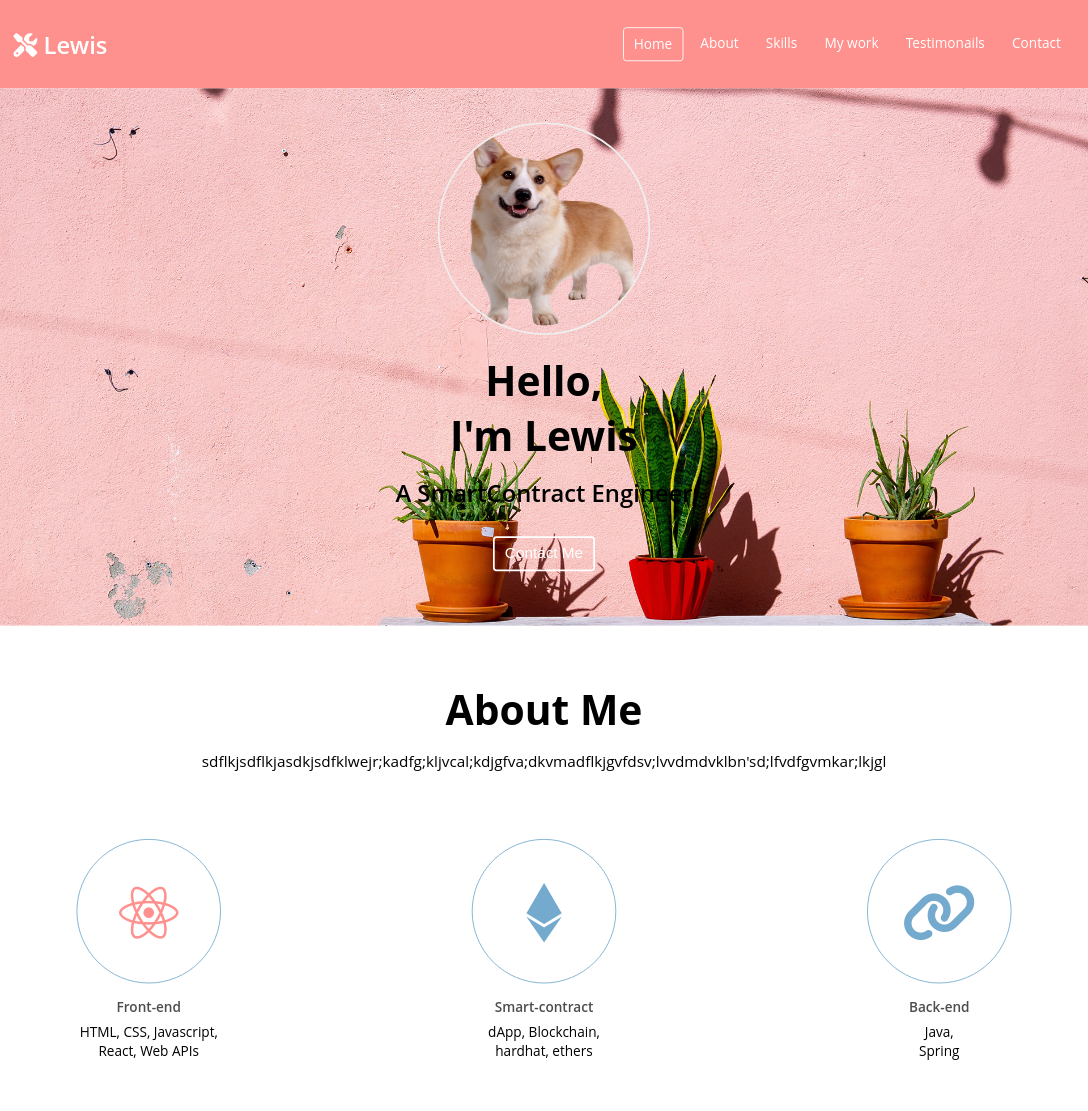
Repository: woojinShim/woojinShim.github.io
Page: index.html
An editor plug-in stored every save of this project. The page is shown before and after the next save, followed by the edit.
The browser window is 1280 px wide. The pictures show the part of the page from y = 0 to 1307 px (the page is 7302 px tall), at 85% of full size.
The pointer rests on the first visible `.major__icon`.
A picture or video elsewhere on the page could not be fetched, so the positions and the page height are approximate. Some web libraries are served in a nearby version.

Above is the page before, as saved 2022-03-08 19:14:03.

### index.html
<!DOCTYPE html>
<html lang="en">
<head>
    <meta charset="UTF-8">
    <meta http-equiv="X-UA-Compatible" content="IE=edge">
    <meta name="viewport" content="width=device-width, initial-scale=1.0">
    <title>Document</title>
    <script
      src="https://kit.fontawesome.com/9eb162ac0d.js"
      crossorigin="anonymous"
    ></script>
    <style>
        @import url('https://fonts.googleapis.com/css2?family=Noto+Sans+KR:wght@100;400;700&display=swap');
        </style>
    <link rel="icon" type="image/png" href="img/favicon.png" />
    <link rel="stylesheet" href="style.css">
    <script scr="main.js"></script>
</head>
<body>
    <!-- Navbar -->
    <nav id="navbar">
        <div class="navbar__logo">
            <i class="fas fa-tools"></i>
            <a href="#">Lewis</a>
        </div>
        <ul class="navbar__menu">
            <li class="navbar__menu__item active">Home</li>
            <li class="navbar__menu__item">About</li>
            <li class="navbar__menu__item">Skills</li>
            <li class="navbar__menu__item">My work</li>
            <li class="navbar__menu__item">Testimonails</li>
            <li class="navbar__menu__item">Contact</li>
        </ul>
    </nav>
    <!-- Home -->
    <section id="home">
        <img src="img/puppy.png" alt="Lewis's photo" class="home__avator">
        <h1 class="home__title">Hello, <br/>I'm Lewis</h1>
        <h2 class="home__descrition">A SmartContract Engineer</h2>
        <button class="home__contact">Contact Me</button>
    </section>
    <!-- About -->
    <section id="about" class="section">
        <h1>About Me</h1>
        <p>sdflkjsdflkjasdkjsdfklwejr;kadfg;kljvcal;kdjgfva;dkvmadflkjgvfdsv;lvvdmdvklbn'sd;lfvdfgvmkar;lkjgl</p>
        <div class="about__majors">
            <div class="major">
                <div class="major__icon"><i class="fab fa-react"></i></div>
                <h2 class="major__title">Front-end</h2>
                <div class="major__description">HTML, CSS, Javascript,
                    <br /> React, Web APIs
                </div>
            </div>
            <div class="major">
                <div class="major__icon"><i class="fab fa-ethereum"></i></div>
                <h2 class="major__title">Smart-contract</h2>
                <div class="major__description">dApp, Blockchain,
                    <br /> hardhat, ethers
                </div>
            </div>
            <div class="major">
                <div class="major__icon"><i class="fas fa-link"></i></i></div>
                <h2 class="major__title">Back-end</h2>
                <div class="major__description">Java,
                    <br /> Spring
                </div>
            </div>
        </div>





        <div class="about__jobs">
            <div class="job">
                <img src="img/puupy.png" alt="puupy">
            </div>
            <div class="job"></div>
        </div>
    </section>
    <!-- Skills -->
    <section id="skills" class="section">
        <h1>Skills</h1>
        <h2>skills $ Attribute</h2>
        <p>
            sdjsfdldsfjsdffvmslkjdfgksjdsdsdvkkfghalkvsdlaskkjrsdjlkdskflksjdlja
            sdfkdfvlskvglkkcjkdjckwebkosdkvlkwekelkfsdjlkldfkskdfg
            sdlkbdflnsldkfgkfsdfkdksvj
        </p>
        <div class="skillset">
            <div class="skillset__left">
                <h3 class="skillset__title">Skills</h3>
                <div class="skills">
                    <div class="skill_description">
                        <span>HTML</span>
                        <span>99%</span>
                    </div>
                    <div class="skill_description">
                        <span>CSS</span>
                        <span>90%</span>
                    </div>
                    <div class="skill_description">
                        <span>JavaScript</span>
                        <span>94%</span>
                    </div>
                    <div class="skill_description">
                        <span>Solidity</span>
                        <span>93%</span>
                    </div>
                    <div class="skill_description">
                        <span>Java</span>
                        <span>90%</span>
                    </div>

                </div>
            </div>
            <div class="skillset__right">
                <div class="tools">
                    <h3 class="skillset__title">Tools</h3>
                    <ul class="tools__list">
                        <li class="span">Visual Studio Code</li>
                        <li class="span">IntelliJ</li>
                        <li class="span">Slack</li>
                        <li class="span">Notion</li>
                        <li class="span">Photoshop</li>
                    </ul>
                </div>
                <div class="etc">
                    <h3 class="skillset__title">Etc</h3>
                    <ul class="etc__list">
                        <li><span>Git</span></li>
                        <li><span>Math</span></li>
                        <li><span>Design</span></li>
                    </ul>
                </div>
            </div>
        </div>
    </section>
    <!-- Work -->
    <section id="work" class="section">
        <h1>My Work</h1>
        <h3>Projects</h3>
        <div class="work__catagories">
            <button class="catagory__btn">All<span class="category__count">3</span></button>
            <button class="catagory__btn">Front-end<span class="category__count">6</span></button>
            <button class="catagory__btn">Back-end<span class="category__count">5</span></button>
            <button class="catagory__btn">Blockchain<span class="category__count">7</span></button>
        </div>

        <div class="work__projects">
            <a href="https://naver.com" class="project" target="blank">
                <img class="project__img" src="img/jin.png" alt="YouTube" />
                <div class="project__description">
                    <h3>Naver Site</h3>
                    <span>Clone Naver</span>
                </div>
            </a>
        </div>
        <div class="work__projects">
            <a href="https://naver.com" class="project" target="blank">
                <img class="project__img" src="img/jin.png" alt="YouTube" />
                <div class="project__description">
                    <h3>Naver Site</h3>
                    <span>Clone Naver</span>
                </div>
            </a>
        </div>
        <div class="work__projects">
            <a href="https://naver.com" class="project" target="blank">
                <img class="project__img" src="img/le.png" alt="YouTube" />
                <div class="project__description">
                    <h3>Naver Site</h3>
                    <span>Clone Naver</span>
                </div>
            </a>
        </div>
        <div class="work__projects">
            <a href="https://naver.com" class="project" target="blank">
                <img class="project__img" src="img/shim.png" alt="YouTube" />
                <div class="project__description">
                    <h3>Naver Site</h3>
                    <span>Clone Naver</span>
                </div>
            </a>
        </div>
        <div class="work__projects">
            <a href="https://naver.com" class="project" target="blank">
                <img class="project__img" src="img/yes.jfif" alt="YouTube" />
                <div class="project__description">
                    <h3>Naver Site</h3>
                    <span>Clone Naver</span>
                </div>
            </a>
        </div>
        <div class="work__projects">
            <a href="https://naver.com" class="project" target="blank">
                <img class="project__img" src="img/woo.png" alt="YouTube" />
                <div class="project__description">
                    <h3>Naver Site</h3>
                    <span>Clone Naver</span>
                </div>
            </a>
        </div>
    </section>
    <!-- testimonails -->
    <section id="testimonials" class="section">
        <h1>Testimonials</h1>
        <h3>See what they say about me</h3>
        <div class="testimonials">
            <div class="testimonial">
                <img src="img/man.jpg" alt="" class="testimonial__avator">
                <div class="testimonial__speech-bubble">
                    <p>
                        sdvkdfdfmvkdlkjtkfknsvkdnfgckvdkvkjvbdfgkkjsdkvjskjcvrngksdmcsdkck
                    </p>
                    <p class="name"><a href="">Lewis</a></p>
                </div>
            </div>
            <div class="testimonial">
                <img src="img/man.jpg" alt="" class="testimonial__avator">
                <div class="testimonial__speech-bubble">
                    <p>
                        sdvkdfdfmvkdlkjtkfknsvkdnfgckvdkvkjvbdfgkkjsdkvjskjcvrngksdmcsdkck
                    </p>
                    <p class="name"><a href="">Lewis</a></p>
                </div>
            </div>
        </div>
    </section>
    <!-- contact -->
    <section id="contact" class="section">
        <h1 class="contact__title">Let's talk</h1>
        <h2 class="contact__email">dream.coder@gmail.com</h2>
        <div class="contact__links">
            <a href="http://google.com" target="blank">
                <i class="fa-brands fa-github"></i>
            </a>
            <a href="http://google.com" target="blank">
                <i class="fa-brands fa-linkedin"></i>
            </a>
        </div>
        <p class="contact__rights">Dream coming - All Right Reserved.</p>
    </section>

</body>
</html>

### style.css
:root {
  /* Color */
  --color-white: #ffffff;
  --color-light-white: #eeeeee;
  --color-dark-white: #bdbdbd;
  --color-pink: #fe918d;
  --color-dark-pink: #ff6863;
  --color-black: #4d4d4d;
  --color-dark-grey: #4d4d4d;
  --color-grey: #616161;
  --color-light-grey: #7c7979;
  --color-blue: #73aace;
  --color-yellow: #fff7d1;
  --color-orange: #feb546;
  --color-black: #000000;

  /* Font size */
  --font-large: 48px;
  --font-medium: 28px;
  --font-regular: 18px;
  --font-small: 16px;
  --font-micro: 14px;

  /* Font weight */
  --weight-bold: 700;
  --weight-semi-bold: 600;
  --weight-regular: 400;

  /* Size */
  --size-border-radius: 4px;

  /* Annimation */
  --animation-duration: 300ms;
}

/* Universal tags */
* {
  box-sizing: border-box;
}

body {
  font-family: "Open Sans", sans-serif;
  margin: 0;
  cursor: default;
}

a {
  text-decoration: none;
  color: var(--color-white);
}

ul {
  list-style: none;
  padding-left: 0;
}

li {
  list-style: none;
}

button {
  background-color: transparent;
  cursor: pointer;
  border: none;
  outline: none;
}

/* Typography */
h1 {
  font-size: var(--font-large);
  font-weight: var(--weight-bold);
  color: var(--color-black);
  margin: 16px 0px;
}

h2 {
  font-size: var(--font-medium);
  font-weight: var(--weight-semi-bold);
  color: var(--color-black);
  margin: 8px 0;
}

h3 {
  font-size: var(--font-regular);
  font-weight: var(--font-regular);
  color: var(--color-black);
  margin: 8px 0;
}

p {
  font-size: var(--font-regular);
  font-weight: var(--font-regular);
  color: var(--color-black);
  margin: 4px 0;
}

/* Navbar */
#navbar {
  display: flex;
  justify-content: space-between;
  align-items: center;
  padding: 16px;
  background-color: var(--color-pink);
}

.navbar__logo {
  font-size: var(--font-medium);
  font-weight: var(--weight-semi-bold);
  color: white;
}

.navbar__menu {
  display: flex;
}

.navbar__menu__item {
  padding: 8px 12px;
  margin: 0 4px;
  color: var(--color-white);
  cursor: pointer;
  border-radius: var(--size-border-radius);
}

.navbar__menu__item.active {
  border: 1px solid var(--color-white);
}

.navbar__menu__item:hover {
  background-color: var(--color-dark-pink);
  border-radius: 4px;
}

/* Home */
#home {
  background: url("img/Level.jpg") center/cover no-repeat;
  padding: 40px;
  text-align: center;
}

.home__avator {
  width: 250px;
  height: 250px;
  border-radius: 50%;
  border: 2px solid var(--color-light-white);
}

.home__contact {
  color: var(--color-white);
  font-size: var(--font-regular);
  font-weight: var(--weight-regular);
  margin: 24px;
  padding: 8px 12px;
  border: 2px solid var(--color-white);
  border-radius: var(--size-border-radius);
}

/* Section common */
.section {
  padding: 50px;
  text-align: center;
  max-width: 1200px;
  margin: auto;
}

.about__majors {
  display: flex;
  justify-content: space-between;
  margin: 80px 0;
}

.major__icon {
  width: 170px;
  height: 170px;
  line-height: 170px;
  font-size: 70px;
  margin: auto;
  color: var(--color-blue);
  border: 1px solid var(--color-blue);
  border-radius: 50%;
  margin-bottom: 16px;
}

.major__icon:hover {
  color: var(--color-pink);
}

.major__title,
.major__descrition {
  color: var(--color-dark-grey);
  font-size: var(--font-small);
}

.major__descrition {
  font-size: var(--font-small);
}

After the next save:
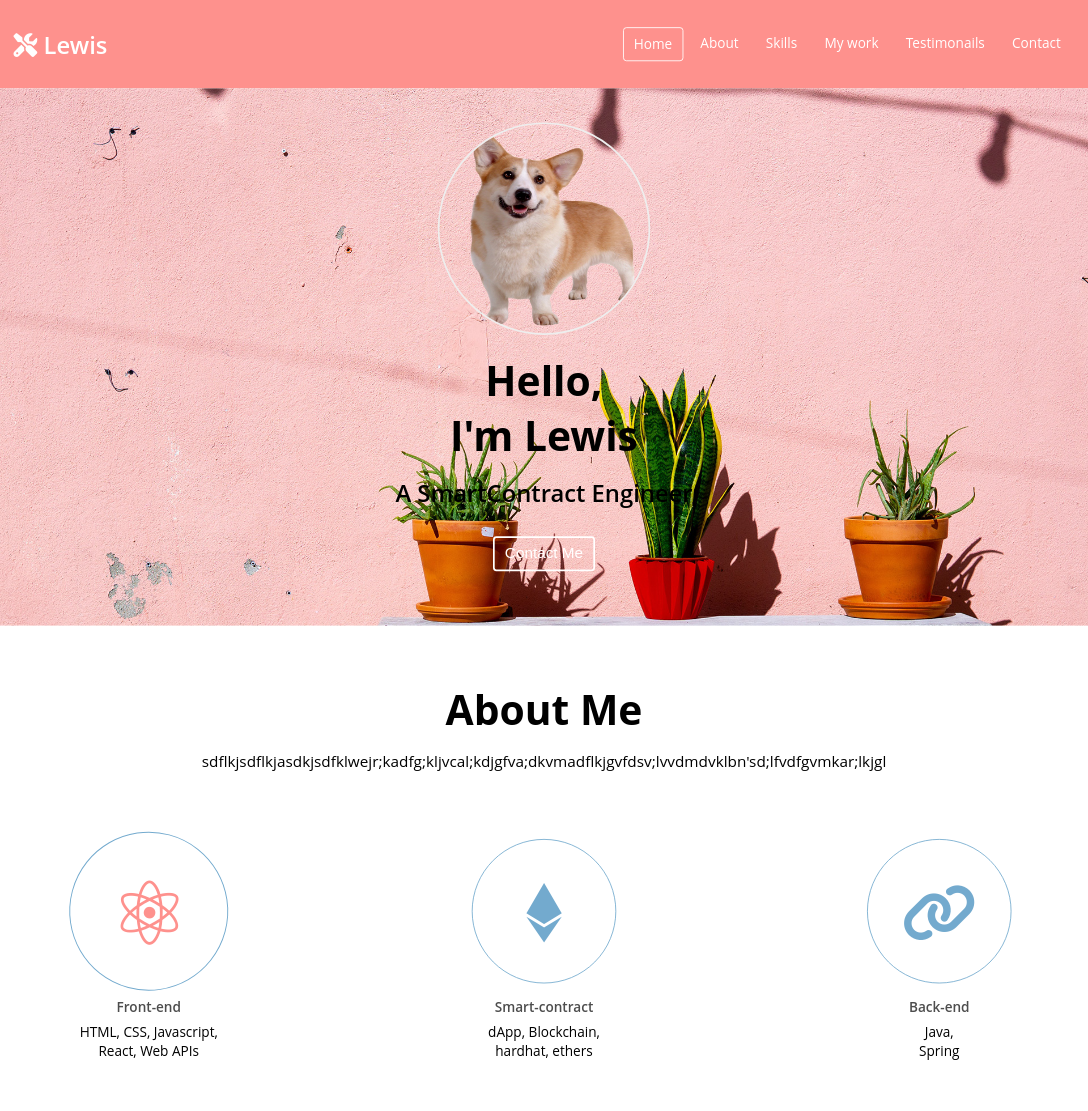
Saved 80 s later.
--- a/style.css
+++ b/style.css
@@ -182,6 +182,7 @@
 
 .major__icon:hover {
   color: var(--color-pink);
+  transform: rotate(-30deg) scale(1.1);
 }
 
 .major__title,
